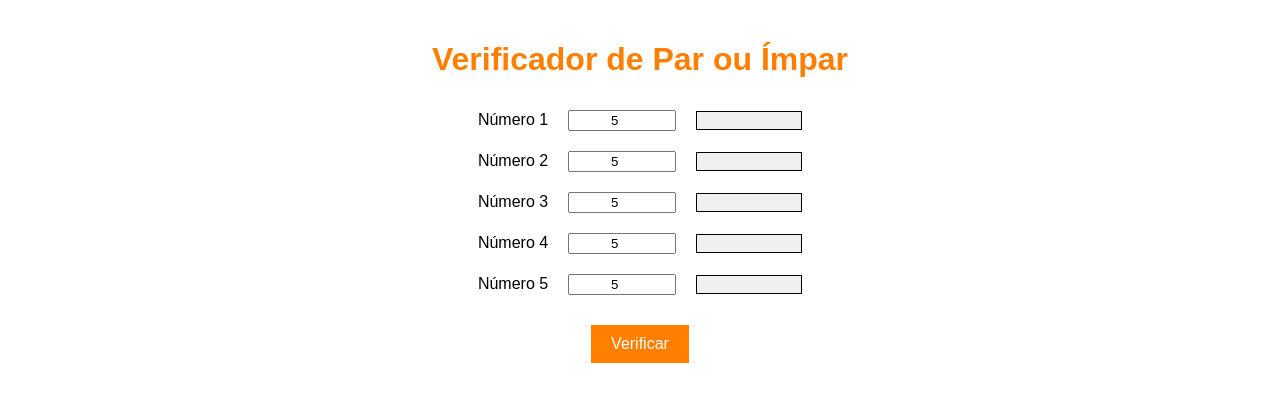
Repository: Gabrielb0rn/JavaScript-HTML.io
Page: atividade 9/index.html
An editor plug-in stored every save of this project. The page is shown before and after the next save, followed by the edit.
The browser window is 1280 px wide. The pictures show the whole page.
Empty fields were first filled with sample values (such as "Sample", 5 or name@example.com).
After loading, the first visible `button` was clicked once.

Above is the page before, as saved 2024-07-04 11:26:01.
Console error: ReferenceError: verificar is not defined

### atividade 9/index.html
<!DOCTYPE html>
<html lang="pt-BR">
<head>
    <meta charset="UTF-8">
    <meta name="viewport" content="width=device-width, initial-scale=1.0">
    <title>Verificador de Par ou Ímpar</title>
    <style>
        body {
            font-family: Arial, sans-serif;
            display: flex;
            flex-direction: column;
            align-items: center;
            margin: 0;
            padding: 20px;
        }

        h1 {
            color: #FF7F00;
        }

        table {
            border-collapse: collapse;
            margin-bottom: 20px;
        }

        th, td {
            padding: 10px;
            text-align: left;
        }

        input[type="number"], input[type="text"] {
            width: 100px;
            text-align: center;
        }

        input[type="text"] {
            background-color: #f0f0f0;
            border: 1px solid #000;
        }

        button {
            background-color: #FF7F00;
            color: white;
            border: none;
            padding: 10px 20px;
            cursor: pointer;
            font-size: 16px;
        }

        button:hover {
            background-color: #e66a00;
        }
    </style>
</head>
<body>
    <h1>Verificador de Par ou Ímpar</h1>
    <table>
        <tbody>
            <tr>
                <td>Número 1</td>
                <td><input type="number" id="numero1"></td>
                <td><input type="text" id="resultado1" readonly></td>
            </tr>
            <tr>
                <td>Número 2</td>
                <td><input type="number" id="numero2"></td>
                <td><input type="text" id="resultado2" readonly></td>
            </tr>
            <tr>
                <td>Número 3</td>
                <td><input type="number" id="numero3"></td>
                <td><input type="text" id="resultado3" readonly></td>
            </tr>
            <tr>
                <td>Número 4</td>
                <td><input type="number" id="numero4"></td>
                <td><input type="text" id="resultado4" readonly></td>
            </tr>
            <tr>
                <td>Número 5</td>
                <td><input type="number" id="numero5"></td>
                <td><input type="text" id="resultado5" readonly></td>
            </tr>
        </tbody>
    </table>
    <button onclick="verificar()">Verificar</button>
    <script src="assets/scripts.js"></script>
</body>
</html>

### atividade 9/assets/scripts.js
function calcularMedia() {
    var nota1 = parseFloat(document.getElementById("nota1").value);
    var nota2 = parseFloat(document.getElementById("nota2").value);
    var nota3 = parseFloat(document.getElementById("nota3").value);

    if (isNaN(nota1) || isNaN(nota2) || isNaN(nota3)) {
        alert("Por favor, insira todas as notas.");
        return;
    }

    var media = (nota1 + nota2 + nota3) / 3;
    var resultado = media >= 7 ? "Aprovado" : "Reprovado";

    alert("A média é: " + media.toFixed(2) + "\n" + resultado);
}

After the next save:
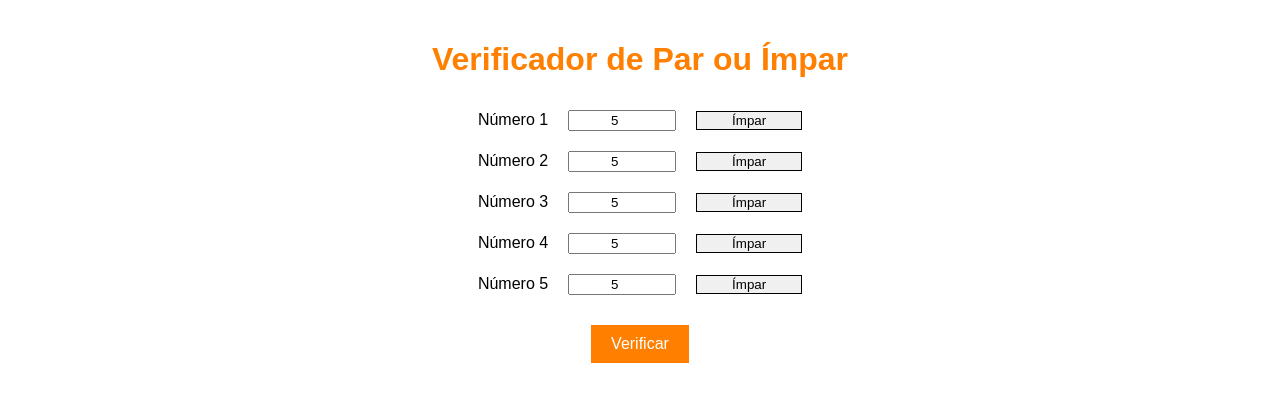
The error is gone.
Saved 10 s later.
--- a/atividade 9/assets/scripts.js
+++ b/atividade 9/assets/scripts.js
@@ -1,15 +1,7 @@
-function calcularMedia() {
-    var nota1 = parseFloat(document.getElementById("nota1").value);
-    var nota2 = parseFloat(document.getElementById("nota2").value);
-    var nota3 = parseFloat(document.getElementById("nota3").value);
-
-    if (isNaN(nota1) || isNaN(nota2) || isNaN(nota3)) {
-        alert("Por favor, insira todas as notas.");
-        return;
+function verificar() {
+    for (let i = 1; i <= 5; i++) {
+        const numero = document.getElementById(`numero${i}`).value;
+        const resultado = numero % 2 === 0 ? 'Par' : 'Ímpar';
+        document.getElementById(`resultado${i}`).value = resultado;
     }
-
-    var media = (nota1 + nota2 + nota3) / 3;
-    var resultado = media >= 7 ? "Aprovado" : "Reprovado";
-
-    alert("A média é: " + media.toFixed(2) + "\n" + resultado);
 }
